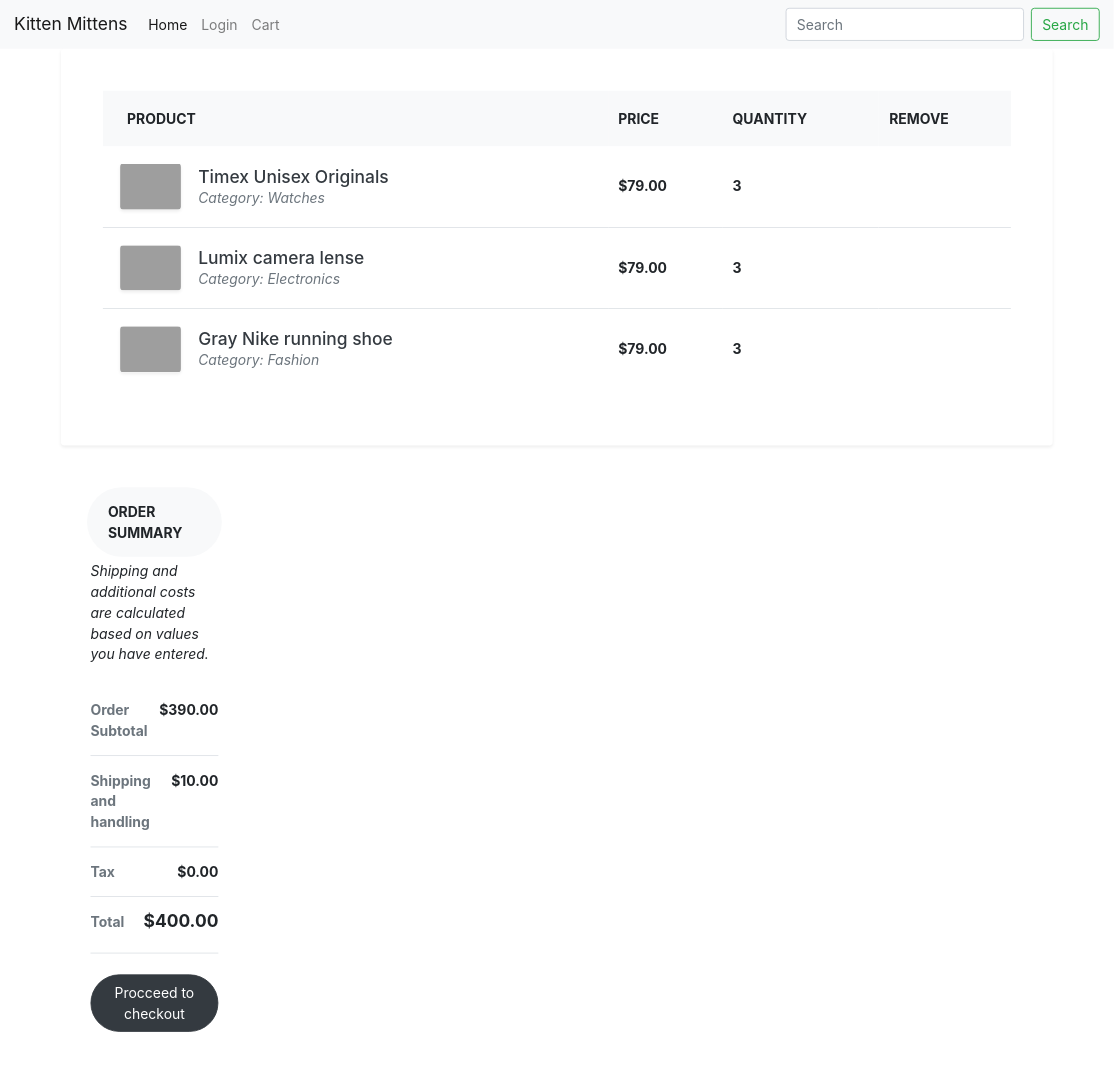
Repository: Janellle/KittenMittens
Page: http://localhost/cart
The author's editor kept a record of every edit. The page is drawn from the files as they stood at one moment, then again after the next edit.
The browser window is 1280 px wide. The pictures show the whole page, at 87% of full size.
Pictures or frames that could not be fetched are drawn as grey boxes. The page is served by the project's Node server (app.js).

Above is the page before.
Not found: rps.js

### views/cart.ejs
<!DOCTYPE html>
<html>
    <head>
        <title> Kitten Mittens: Cart</title>
        <script language="javascript" type="text/javascript" src="rps.js"></script>
        <link rel="stylesheet" href="https://stackpath.bootstrapcdn.com/bootstrap/4.4.1/css/bootstrap.min.css" integrity="sha384-Vkoo8x4CGsO3+Hhxv8T/Q5PaXtkKtu6ug5TOeNV6gBiFeWPGFN9MuhOf23Q9Ifjh" crossorigin="anonymous">
    </head>

    <body>
        <nav class="navbar navbar-expand-lg navbar-light bg-light">
              <a class="navbar-brand" href="#">Kitten Mittens</a>
              <button class="navbar-toggler" type="button" data-toggle="collapse" data-target="#navbarTogglerDemo02" aria-controls="navbarTogglerDemo02" aria-expanded="false" aria-label="Toggle navigation">
                <span class="navbar-toggler-icon"></span>
              </button>

              <div class="collapse navbar-collapse" id="navbarTogglerDemo02">
                <ul class="navbar-nav mr-auto mt-2 mt-lg-0">
                  <li class="nav-item active">
                    <a class="nav-link" href="/">Home</a>
                  </li>
                  <li class="nav-item">
                    <a class="nav-link" href="/login">Login</a>
                  </li>
                  <li class="nav-item">
                    <a class="nav-link" href="/cart">Cart</a>
                  </li>
                </ul>
            <form class="form-inline my-2 my-lg-0">
              <input class="form-control mr-sm-2" type="search" placeholder="Search">
                <button class="btn btn-outline-success my-2 my-sm-0" type="submit">Search</button>
            </form>
              </div>
        </nav>
      <div class="px-4 px-lg-0">
  <div class="pb-5">
    <div class="container">
      <div class="row">
        <div class="col-lg-12 p-5 bg-white rounded shadow-sm mb-5">

          <!-- Shopping cart table -->
          <div class="table-responsive">
            <table class="table">
              <thead>
                <tr>
                  <th scope="col" class="border-0 bg-light">
                    <div class="p-2 px-3 text-uppercase">Product</div>
                  </th>
                  <th scope="col" class="border-0 bg-light">
                    <div class="py-2 text-uppercase">Price</div>
                  </th>
                  <th scope="col" class="border-0 bg-light">
                    <div class="py-2 text-uppercase">Quantity</div>
                  </th>
                  <th scope="col" class="border-0 bg-light">
                    <div class="py-2 text-uppercase">Remove</div>
                  </th>
                </tr>
              </thead>
              <tbody>
                <tr>
                  <th scope="row" class="border-0">
                    <div class="p-2">
                      <img src="https://res.cloudinary.com/mhmd/image/upload/v1556670479/product-1_zrifhn.jpg" alt="" width="70" class="img-fluid rounded shadow-sm">
                      <div class="ml-3 d-inline-block align-middle">
                        <h5 class="mb-0"> <a href="#" class="text-dark d-inline-block align-middle">Timex Unisex Originals</a></h5><span class="text-muted font-weight-normal font-italic d-block">Category: Watches</span>
                      </div>
                    </div>
                  </th>
                  <td class="border-0 align-middle"><strong>$79.00</strong></td>
                  <td class="border-0 align-middle"><strong>3</strong></td>
                  <td class="border-0 align-middle"><a href="#" class="text-dark"><i class="fa fa-trash"></i></a></td>
                </tr>
                <tr>
                  <th scope="row">
                    <div class="p-2">
                      <img src="https://res.cloudinary.com/mhmd/image/upload/v1556670479/product-3_cexmhn.jpg" alt="" width="70" class="img-fluid rounded shadow-sm">
                      <div class="ml-3 d-inline-block align-middle">
                        <h5 class="mb-0"><a href="#" class="text-dark d-inline-block">Lumix camera lense</a></h5><span class="text-muted font-weight-normal font-italic">Category: Electronics</span>
                      </div>
                    </div>
                  </th>
                  <td class="align-middle"><strong>$79.00</strong></td>
                  <td class="align-middle"><strong>3</strong></td>
                  <td class="align-middle"><a href="#" class="text-dark"><i class="fa fa-trash"></i></a>
                  </td>
                </tr>
                <tr>
                  <th scope="row">
                    <div class="p-2">
                      <img src="https://res.cloudinary.com/mhmd/image/upload/v1556670479/product-2_qxjis2.jpg" alt="" width="70" class="img-fluid rounded shadow-sm">
                      <div class="ml-3 d-inline-block align-middle">
                        <h5 class="mb-0"> <a href="#" class="text-dark d-inline-block">Gray Nike running shoe</a></h5><span class="text-muted font-weight-normal font-italic">Category: Fashion</span>
                      </div>
                    </div>
                    <td class="align-middle"><strong>$79.00</strong></td>
                    <td class="align-middle"><strong>3</strong></td>
                    <td class="align-middle"><a href="#" class="text-dark"><i class="fa fa-trash"></i></a>
                    </td>
                </tr>

              </tbody>
            </table>
          </div>
          <!-- End -->
        </div>
      </div>
      <div class="col-lg-4">
        </div>
        <div class="col-lg-2">
          <div class="bg-light rounded-pill px-4 py-3 text-uppercase font-weight-bold">Order summary </div>
          <div class="p-1">
            <p class="font-italic mb-4">Shipping and additional costs are calculated based on values you have entered.</p>
            <ul class="list-unstyled mb-4">
              <li class="d-flex justify-content-between py-3 border-bottom"><strong class="text-muted">Order Subtotal </strong><strong>$390.00</strong></li>
              <li class="d-flex justify-content-between py-3 border-bottom"><strong class="text-muted">Shipping and handling</strong><strong>$10.00</strong></li>
              <li class="d-flex justify-content-between py-3 border-bottom"><strong class="text-muted">Tax</strong><strong>$0.00</strong></li>
              <li class="d-flex justify-content-between py-3 border-bottom"><strong class="text-muted">Total</strong>
                <h5 class="font-weight-bold">$400.00</h5>
              </li>
            </ul><a href="#" class="btn btn-dark rounded-pill py-2 btn-block">Procceed to checkout</a>
          </div>
        </div>
      </div>

    </div>
  </div>
    </body>
</html>

### app.js
const express = require("express");
const mysql   = require("mysql");
const app = express();
const {Client} = require('pg');
//const session = require('express-session');

app.set("view engine", "ejs");
app.use(express.static("public")); //folder for images, css, js
app.use(express.urlencoded()); //use to parse data sent using the POST method

app.get("/", async function(req, res){
    res.render("index");
}); //root

app.get("/login", async function(req, res){
    res.render("login");

}); // login

app.get("/search", async function(req, res){
    res.render("search");
}); // search

app.get("/cart", function(req,res){
    res.render("cart");
});

/*
app.get("/cart", async function(req, res){
    let rows = await getCartShoes();
    //let rowsSecond = await getCartNonPlanets();
    //res.render("cart", {"cartPlanets":rows, "cartNonPlanets":rowsSecond});
    res.render("cart", {"cartShoes":rows})
});

app.get("/clearCart", async function(req, res){
    clearCart();
    let rows = await getCartShoes();
    res.render("cart", {"cartShoes":rows});
});
*/

//values in red must be updated
function dbConnection(){

   let conn = mysql.createConnection({
                 host: "ec2-18-213-176-229.compute-1.amazonaws.com",
                 user: "hptikosghjykbf",
             password: "78470a52c982fe07849cb7585b2aa82144e535734f330c003241e864cc9995e1",
             database: "ddgvmc8jol14f9"
       }); //createConnection

return conn;

}

//starting server
app.listen(process.env.PORT, process.env.IP, function(){
console.log("Express server is running...");
});

After the next edit:
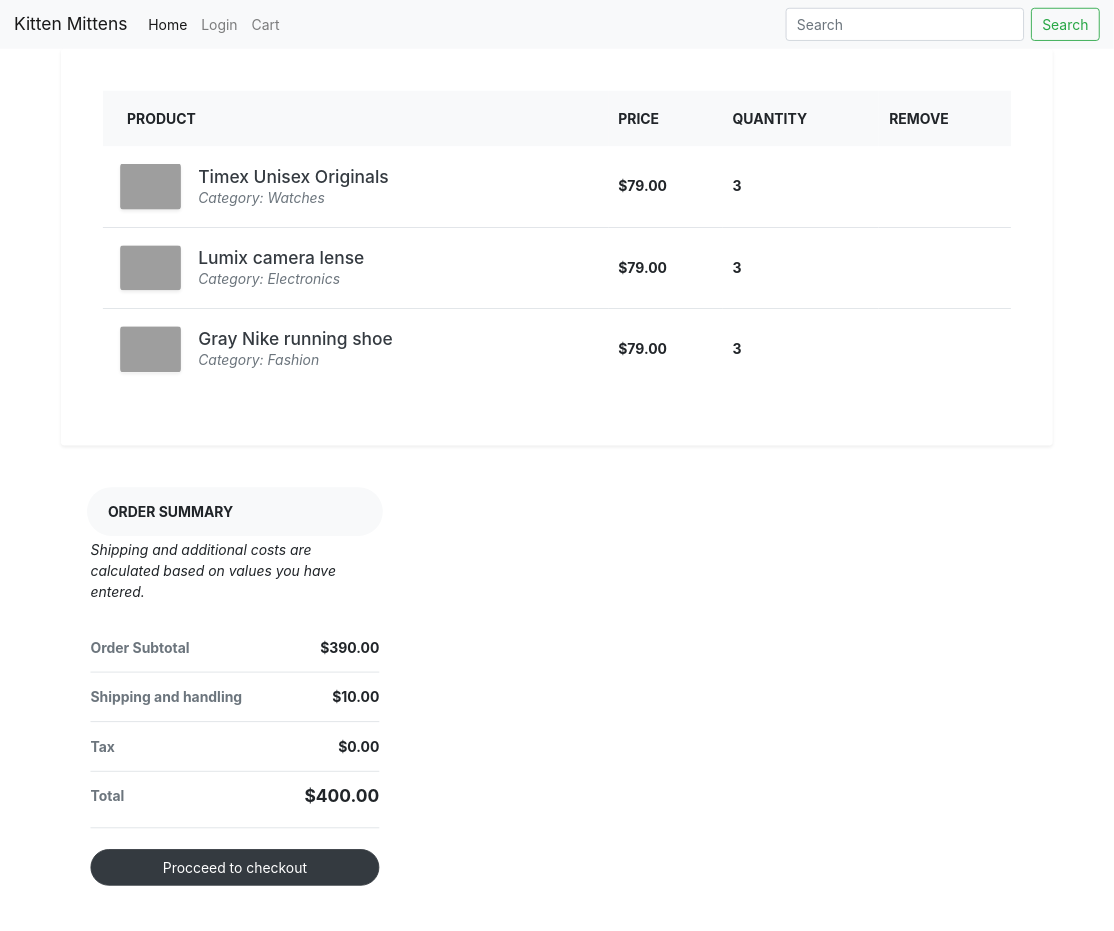
The edit:
--- a/views/cart.ejs
+++ b/views/cart.ejs
@@ -106,7 +106,7 @@
       </div>
       <div class="col-lg-4">
         </div>
-        <div class="col-lg-2">
+        <div class="col-lg-4">
           <div class="bg-light rounded-pill px-4 py-3 text-uppercase font-weight-bold">Order summary </div>
           <div class="p-1">
             <p class="font-italic mb-4">Shipping and additional costs are calculated based on values you have entered.</p>
